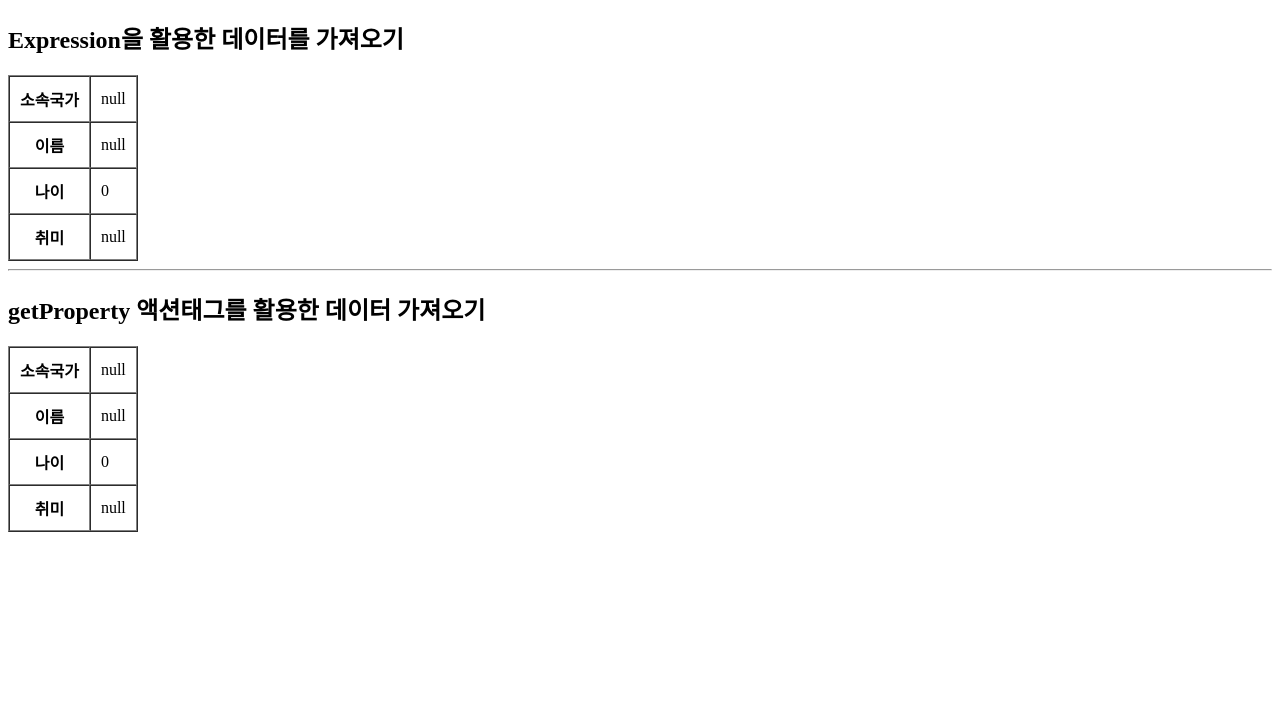
Repository: Rua1006/JSP
Page: http://localhost/practice02/08GetProperty.jsp
The author's editor kept a copy of each file at every save. The page is drawn from the files as they stood at one save, then again after the next save.
The browser window is 1280 px wide. The pictures show the whole page.
The page is served by Tomcat 9.

Above is the page before, as saved 2022-11-10 07:52:05.

After the next save:
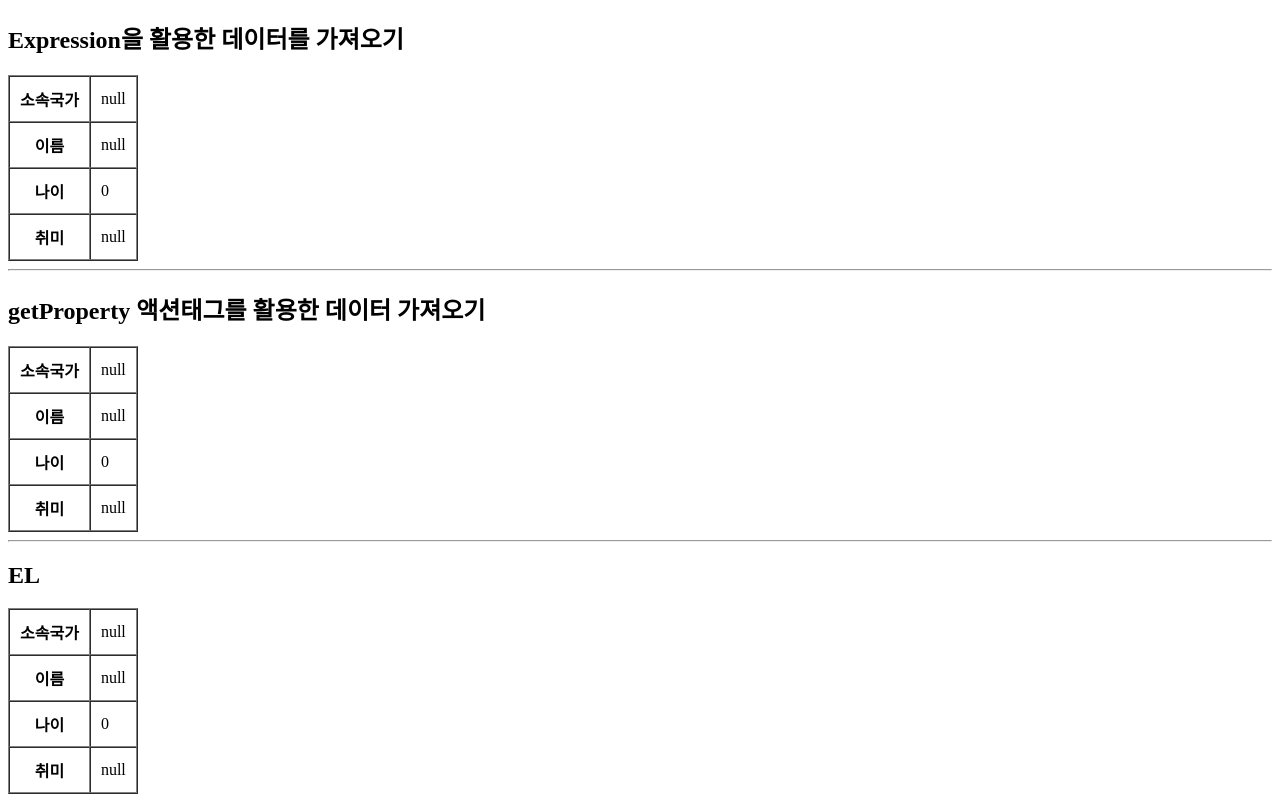
Saved 16 s later.
--- a/practice02/WebContent/08GetProperty.jsp
+++ b/practice02/WebContent/08GetProperty.jsp
@@ -48,5 +48,25 @@
 		<td><jsp:getProperty name="b" property="hobby"/></td>
 	</tr>
 </table>
+<hr>
+<h2>EL</h2>
+<table class="table" border="1" cellpadding="10" cellspacing="0">
+	<tr>
+		<th>소속국가</th>
+		<td><jsp:getProperty name="b" property="country"/></td>
+	</tr>
+	<tr>
+		<th>이름</th>
+		<td><jsp:getProperty name="b" property="name"/></td>
+	</tr>
+	<tr>
+		<th>나이</th>
+		<td><jsp:getProperty name="b" property="age"/></td>
+	</tr>
+	<tr>
+		<th>취미</th>
+		<td><jsp:getProperty name="b" property="hobby"/></td>
+	</tr>
+</table>
 </body>
 </html>
